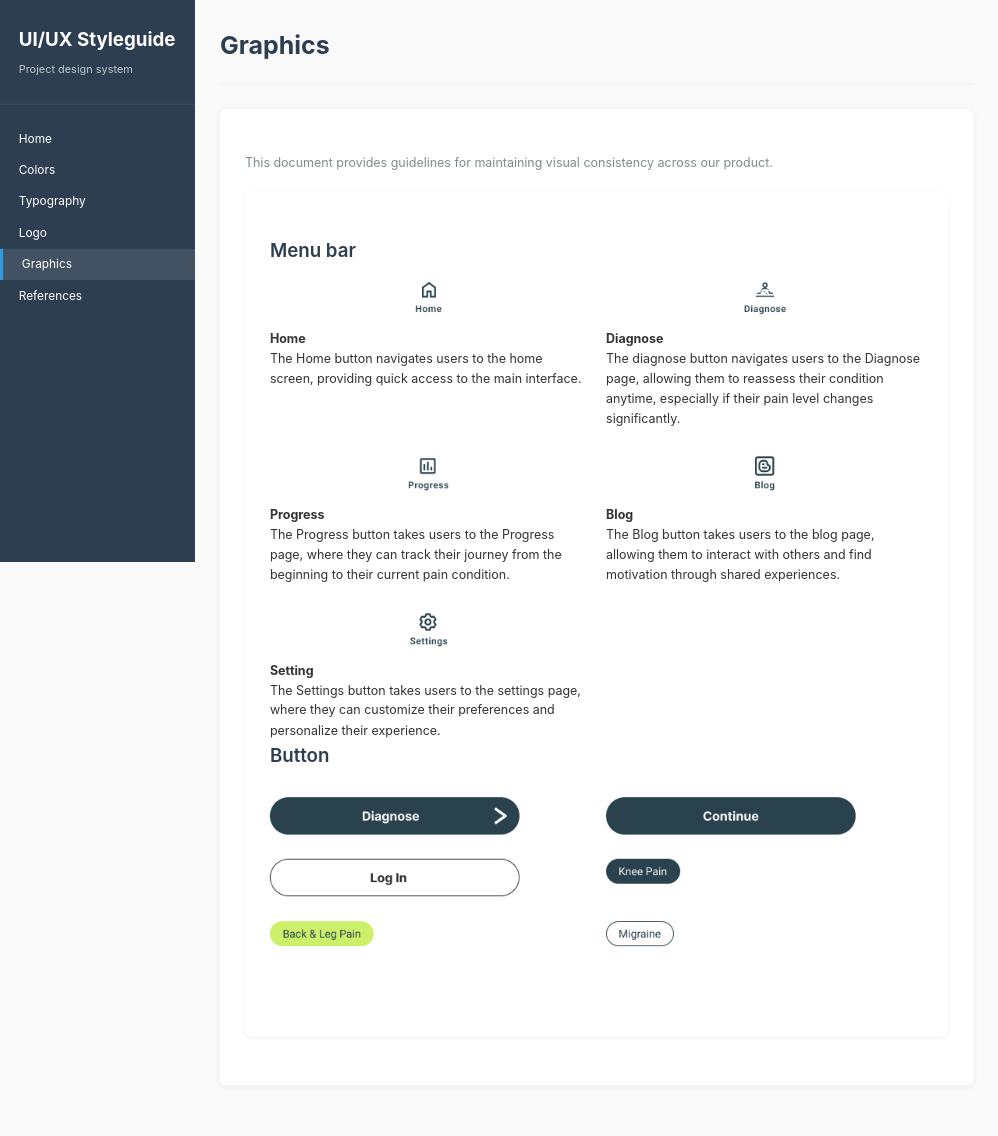
Repository: rosielee09/Heal_U
Page: graphics.html
An editor plug-in stored every save of this project. The page is shown before and after the next save, followed by the edit.
The browser window is 1280 px wide. The pictures show the whole page, at 78% of full size.

Above is the page before, as saved 2025-04-03 21:21:47.

After the next save:
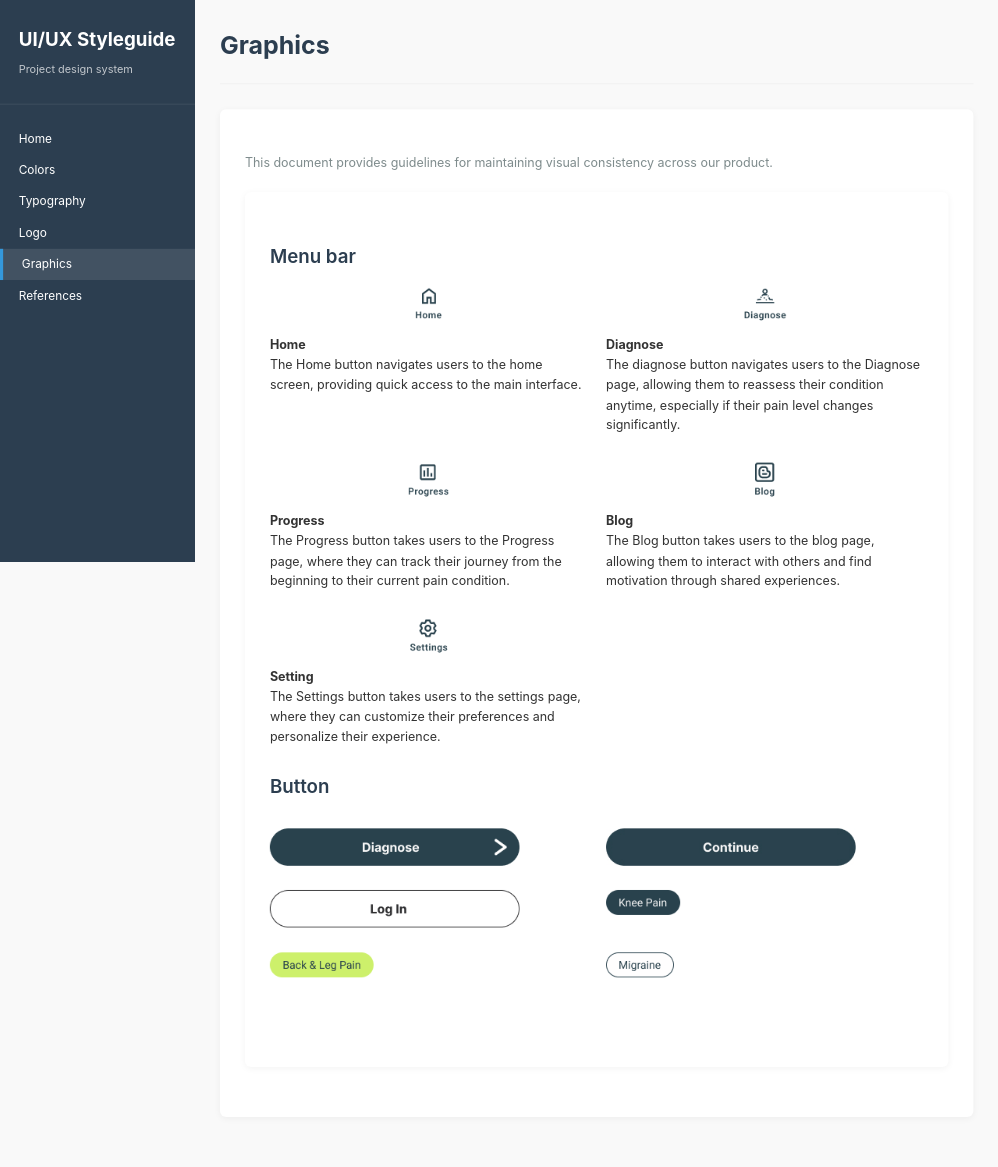
Saved 33 s later.
--- a/styles.css
+++ b/styles.css
@@ -105,6 +105,10 @@ body {
     margin-bottom: 2rem;
 }
 
+.component-section{
+    margin-top: 2rem;
+}
+
 .component-header {
     margin-top: 1.5rem;
     margin-bottom: 1.5rem;
